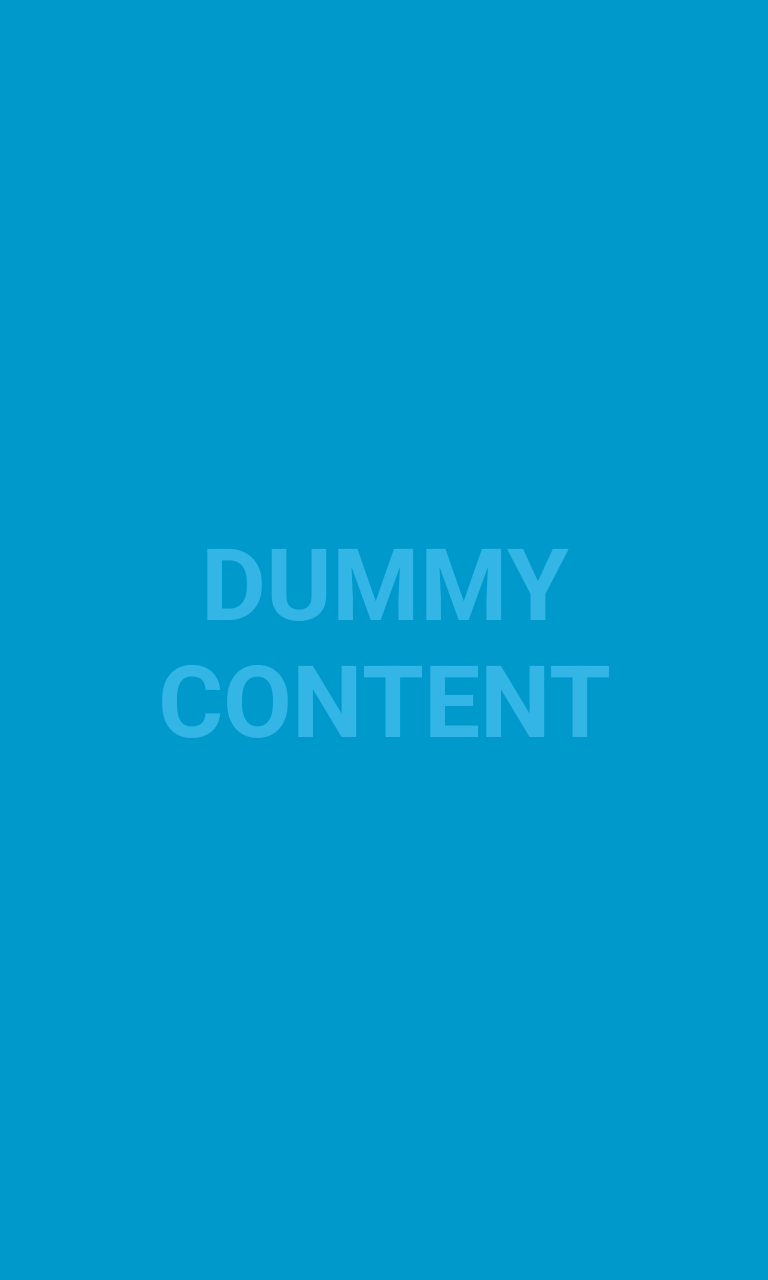
Repository: Yunithium/MAMN01
Layout: Migration1/res/layout/activity_playback.xml
The author's editor kept a copy of each file at every save. The layout is drawn from the files as they stood at one save, then again after the next save.
It is drawn on a 768 x 1280 px phone screen (xhdpi) without system bars, with theme FullscreenTheme; the app's code is not run.

Above is the layout before, as saved 2013-12-04 02:31:53.

### Migration1/res/layout/activity_playback.xml
<FrameLayout xmlns:android="http://schemas.android.com/apk/res/android"
    xmlns:tools="http://schemas.android.com/tools"
    android:layout_width="match_parent"
    android:layout_height="match_parent"
    android:background="#0099cc"
    tools:context=".PlaybackActivity" >

    <!--
         The primary full-screen view. This can be replaced with whatever view
         is needed to present your content, e.g. VideoView, SurfaceView,
         TextureView, etc.
    -->

    <TextView
        android:id="@+id/fullscreen_content"
        android:layout_width="match_parent"
        android:layout_height="match_parent"
        android:gravity="center"
        android:keepScreenOn="true"
        android:text="@string/playback"
        android:textColor="#33b5e5"
        android:textSize="50sp"
        android:textStyle="bold" />

</FrameLayout>

### Migration1/res/values/strings.xml
<?xml version="1.0" encoding="utf-8"?>
<resources>

    <string name="app_name">Migration</string>
    <string name="title_activity_playback">PlaybackActivity</string>
    <string name="dummy_button">Dummy Button</string>
    <string name="playback">DUMMY\nCONTENT</string>

</resources>

Loaded but not shown: Migration1/res/values-v11/styles.xml (common file); Migration1/res/values/styles.xml (common file); Migration1/res/values/colors.xml (common file)

After the next save:
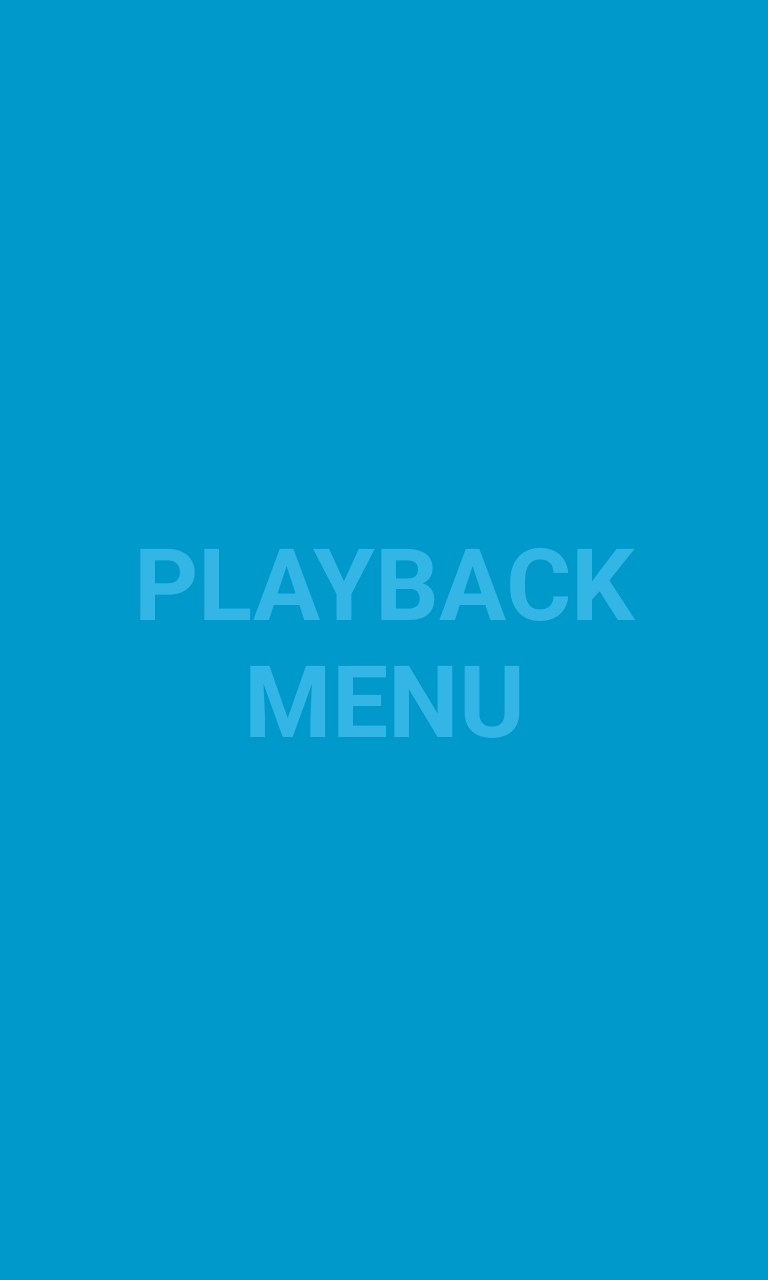
Saved 16 s later.
--- a/Migration1/res/values/strings.xml
+++ b/Migration1/res/values/strings.xml
@@ -4,6 +4,6 @@
     <string name="app_name">Migration</string>
     <string name="title_activity_playback">PlaybackActivity</string>
     <string name="dummy_button">Dummy Button</string>
-    <string name="playback">DUMMY\nCONTENT</string>
+    <string name="playback">PLAYBACK\nMENU</string>
 
 </resources>
